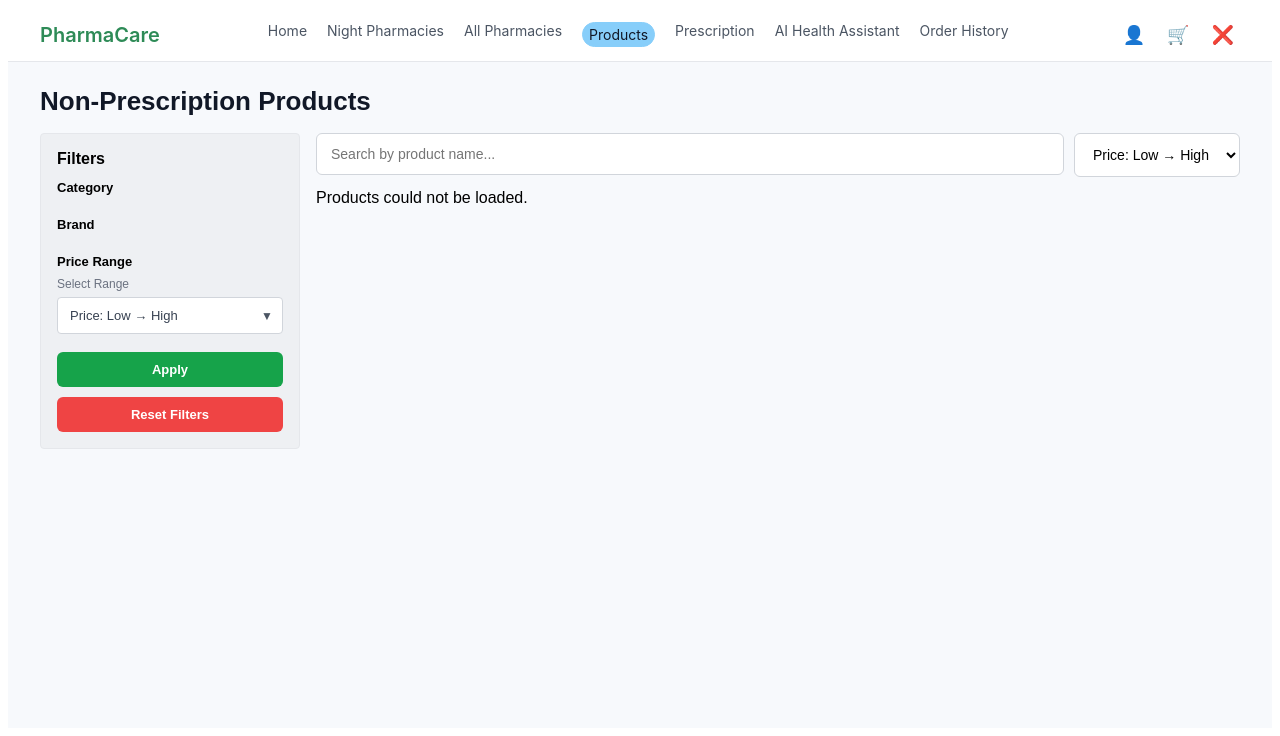
Repository: irmakari/irmak-pharmacare-app
Page: /products
The author's editor kept a copy of each file at every save. The page is drawn from the files as they stood at one save, then again after the next save.
The browser window is 1280 px wide. The pictures show the whole page.
The page's requests for data from a server got no answer. The project was rebuilt for these pictures with package versions that can differ from the ones it lists, and the page was loaded fresh each time. No one was signed in, and anything a server would have sent is missing. Also part of the build but not shown: src/collections/user-service/user.service.js, src/components/themed-text/themedText.css, src/components/themed-text/themedText.jsx, src/components/auth-input/authInput.css, src/components/auth-input/authInput.jsx, src/components/primary-button/primaryButton.css, src/components/primary-button/primaryButton.jsx, src/pages/login/login.css and 32 more. Imported but missing from the stored project, and not drawn on this page: src/pages/all-pharmacies.

Above is the page before, as saved 2025-12-19 16:45:49.

### src/index.jsx
import React from "react";
import ReactDOM from "react-dom/client";
import { BrowserRouter } from "react-router-dom";
import App from "./App";
import "./style.css";

const root = ReactDOM.createRoot(document.getElementById("root"));

root.render(
    <React.StrictMode>
        <BrowserRouter>
            <App />
        </BrowserRouter>
    </React.StrictMode>
);

### src/App.jsx
import React from "react";
import { Routes, Route } from "react-router-dom";

import { Login } from "./pages/login";
import { Home } from "./pages/home";
import AllPharmacies from "./pages/all-pharmacies/allPharmacies";
import AiAssistant from "./pages/ai-assistant/aiAssistant";
import { NightPharmacies, PharmacyDetails, Products, ProductDetails } from "./pages";
import Prescription from "./pages/prescription/prescription";
import {OrderHistory} from "./pages";

function App() {
    return (
        <Routes>
            <Route path="/" element={<Login />} />
            <Route path="/home" element={<Home />} />
            <Route path="/allPharmacies" element={<AllPharmacies />} />
            <Route path="/aiHealthAssistant" element={<AiAssistant />} />
            <Route path="/nightPharmacies" element={<NightPharmacies />} />
            <Route path="/products" element={<Products/>} />
            <Route path="/products/:id" element={<ProductDetails />} />
            <Route path="/prescription" element={<Prescription/>} />
            <Route path="/orderHistory" element={<OrderHistory/>} />
            <Route path="/pharmacies/:id" element={<PharmacyDetails />} />
        </Routes>
    );
}

//<Route path="/pharmacyDetails" element={<PharmacyDetails />} />

export default App;

### src/pages/login/index.js
export {default as Login} from './login'

### src/pages/home/index.js
export {default as Home} from './home';

### src/pages/index.js
export * from './login'
export * from './home'
export * from './night-pharmacies'
export * from './all-pharmacies'
export * from './order-history'
export * from './prescription'
export * from './products'
export * from './ai-assistant'
export * from './pharmacy-details'
export * from './product-details'

### src/components/tab-navigator/tabNavigator.jsx
import React from "react";
import { NavLink } from "react-router-dom";
import "./tabNavigator.css";

function TabBar() {
    return (
        <header className="tabbar">
            <div className="tabbar-inner">
                <div className="tabbar-logo">PharmaCare</div>

                <nav className="tabbar-nav">
                    <NavLink
                        to="/home"
                        className={({ isActive }) =>
                            isActive ? "tabbar-link tabbar-link--active" : "tabbar-link"
                        }
                    >
                        Home
                    </NavLink>

                    <NavLink
                        to="/nightPharmacies"
                        className={({ isActive }) =>
                            isActive ? "tabbar-link tabbar-link--active" : "tabbar-link"
                        }
                    >
                        Night Pharmacies
                    </NavLink>

                    <NavLink
                        to="/allPharmacies"
                        className={({ isActive }) =>
                            isActive ? "tabbar-link tabbar-link--active" : "tabbar-link"
                        }
                    >
                        All Pharmacies
                    </NavLink>

                    <NavLink
                        to="/products"
                        className={({ isActive }) =>
                            isActive ? "tabbar-link tabbar-link--active" : "tabbar-link"
                        }
                    >
                        Products
                    </NavLink>

                    <NavLink
                        to="/prescription"
                        className={({ isActive }) =>
                            isActive ? "tabbar-link tabbar-link--active" : "tabbar-link"
                        }
                    >
                        Prescription
                    </NavLink>

                    <NavLink
                        to="/aiHealthAssistant"
                        className={({ isActive }) =>
                            isActive ? "tabbar-link tabbar-link--active" : "tabbar-link"
                        }
                    >
                        AI Health Assistant
                    </NavLink>

                    <NavLink
                        to="/orderHistory"
                        className={({ isActive }) =>
                            isActive ? "tabbar-link tabbar-link--active" : "tabbar-link"
                        }
                    >
                        Order History
                    </NavLink>
                </nav>

                <div className="tabbar-actions">
                    <button className="tabbar-icon-btn">👤</button>
                    <button className="tabbar-icon-btn">🛒</button>
                    <button className="tabbar-icon-btn">❌</button>

                </div>
            </div>
        </header>
    );
}

export default TabBar;

### src/pages/night-pharmacies/index.js
export {default as NightPharmacies} from "./nightPharmacies";

### src/pages/order-history/index.js
export {default as OrderHistory} from './orderHistory';

### src/pages/prescription/index.js
export {default as Prescription} from './prescription'

### src/pages/products/index.js
export {default as Products} from './products';

### src/pages/ai-assistant/index.js
export {default as AiAssistant} from './aiAssistant';

### src/pages/pharmacy-details/index.js
export {default as PharmacyDetails} from "./pharmacyDetails";

### src/pages/product-details/index.js
export { default as ProductDetails } from "./productDetails";

### src/components/tab-navigator/index.js
export { default as TabNavigator } from './tabNavigator';

### src/components/tab-navigator/tabNavigator.css
.tabbar {
    background: #ffffff;
    border-bottom: 1px solid #e5e7eb;
    font-family: "Inter", system-ui, sans-serif;
}

.tabbar-inner {
    max-width: 1200px;
    margin: 0 auto;
    padding: 14px 24px;
    display: flex;
    align-items: center;
    justify-content: space-between;
}

.tabbar-logo {
    font-size: 20px;
    font-weight: 600;
    color: seagreen;
}

.tabbar-nav {
    display: flex;
    gap: 20px;
    font-size: 14px;
}

.tabbar-link {
    color: #4b5563;
    text-decoration: none;
    padding-bottom: 2px;
}

.tabbar-link--active {
    color: #111827;
    border: 1px solid lightskyblue ;
    border-radius: 999px;
    padding: 3px 6px;
    background-color: lightskyblue;

}

.tabbar-link:hover {
    color: #111827;
}

.tabbar-actions {
    display: flex;
    gap: 10px;
}

.tabbar-icon-btn {
    border: none;
    background: transparent;
    cursor: pointer;
    font-size: 18px;
}

### src/service/api-service/api.service.js
import axios from "axios";

const API_URL = process.env.REACT_APP_API_URL;

export const ApiService = axios.create({
    baseURL: API_URL,
});

// npx json-server --watch data/db.json --port 3001

### src/pages/products/products.jsx
import React, { useEffect, useMemo, useState } from "react";
import { TabNavigator } from "../../components/tab-navigator";
import "./products.css";

import ProductsHeader from "../../components/products-header/productsHeader";
import ProductsToolBar from "../../components/products-toolbar/productsToolBar";

import ProductGrid from "../../components/product-grid/productGrid";

import ProductsService from "../../collections/products-service/products.service";
import ProductsFilterPanel from "../../components/products-filterpanel/productsFilterPanel";
import { normalizeProduct } from "../../utils/product";

const PRICE_OPTIONS = [
    "Price: Low → High",
    "Price: High → Low",
    "Price: Newest",
    "Price: Popular",
];

const DEFAULT_PRICE_OPTION = PRICE_OPTIONS[0];

const toggleInArray = (arr, value) =>
    arr.includes(value) ? arr.filter((x) => x !== value) : [...arr, value];

const Products = () => {
    const [products, setProducts] = useState([]);
    const [loading, setLoading] = useState(true);
    const [error, setError] = useState("");

    // Draft (panelde seçilen, Apply'e basılınca uygulanacak)
    const [draftCategories, setDraftCategories] = useState([]);
    const [draftBrands, setDraftBrands] = useState([]);
    const [draftPriceOption, setDraftPriceOption] = useState(DEFAULT_PRICE_OPTION);

    // Applied (aktif filtreler)
    const [appliedCategories, setAppliedCategories] = useState([]);
    const [appliedBrands, setAppliedBrands] = useState([]);
    const [appliedPriceOption, setAppliedPriceOption] = useState(DEFAULT_PRICE_OPTION);

    useEffect(() => {
        let isMounted = true;

        const fetchProducts = async () => {
            setLoading(true);
            setError("");

            try {
                const response = await ProductsService.fetchProducts();
                if (!isMounted) return;

                const normalized = (response || []).map(normalizeProduct);
                setProducts(normalized);
            } catch (err) {
                if (!isMounted) return;
                setError("Products could not be loaded.");
            } finally {
                if (isMounted) {
                    setLoading(false);
                }
            }
        };

        fetchProducts();

        return () => {
            isMounted = false;
        };
    }, []);

    const categoryOptions = useMemo(() => {
        const slugs = new Set();
        products.forEach((p) => p.categorySlug && slugs.add(p.categorySlug));
        return Array.from(slugs).sort();
    }, [products]);

    const brandOptions = useMemo(() => {
        const brands = new Set();
        products.forEach((p) => p.brand && brands.add(p.brand));
        return Array.from(brands).sort();
    }, [products]);

    const onToggleCategory = (category) =>
        setDraftCategories((prev) => toggleInArray(prev, category));

    const onToggleBrand = (brand) =>
        setDraftBrands((prev) => toggleInArray(prev, brand));

    const onApply = () => {
        setAppliedCategories(draftCategories);
        setAppliedBrands(draftBrands);
        setAppliedPriceOption(draftPriceOption);
    };

    const onReset = () => {
        setDraftCategories([]);
        setDraftBrands([]);
        setDraftPriceOption(DEFAULT_PRICE_OPTION);

        setAppliedCategories([]);
        setAppliedBrands([]);
        setAppliedPriceOption(DEFAULT_PRICE_OPTION);
    };

    const filteredProducts = useMemo(() => {
        let result = [...products];

        if (appliedCategories.length > 0) {
            result = result.filter((p) => appliedCategories.includes(p.categorySlug));
        }

        if (appliedBrands.length > 0) {
            result = result.filter((p) => appliedBrands.includes(p.brand));
        }

        if (appliedPriceOption === "Price: Low → High") {
            result.sort((a, b) => a.price - b.price);
        } else if (appliedPriceOption === "Price: High → Low") {
            result.sort((a, b) => b.price - a.price);
        } else if (appliedPriceOption === "Price: Newest") {
            result.sort((a, b) => (b.id || 0) - (a.id || 0));
        } else if (appliedPriceOption === "Price: Popular") {

        }

        return result;
    }, [appliedCategories, appliedBrands, appliedPriceOption, products]);

    const renderGrid = () => {
        if (loading) {
            return <div className="products-loading">Loading products...</div>;
        }

        if (error) {
            return <div className="products-error">{error}</div>;
        }

        return <ProductGrid items={filteredProducts} />;
    };

    return (
        <div className="products-page">
            <TabNavigator />

            <main className="products-wrapper">
                <ProductsHeader />

                <div className="products-content">
                    <ProductsFilterPanel
                        categories={categoryOptions}
                        brands={brandOptions}
                        priceOptions={PRICE_OPTIONS}
                        selectedCategories={draftCategories}
                        selectedBrands={draftBrands}
                        selectedPriceOption={draftPriceOption}
                        onToggleCategory={onToggleCategory}
                        onToggleBrand={onToggleBrand}
                        onChangePriceOption={setDraftPriceOption}
                        onApply={onApply}
                        onReset={onReset}
                    />

                    <section className="products-main">
                        <ProductsToolBar />
                        {renderGrid()}
                    </section>
                </div>
            </main>
        </div>
    );
};

export default Products;

### src/pages/products/products.css
.products-page {
    background: #f7f9fc;
    min-height: 100vh;
    font-family: "Poppins", sans-serif;
}

.products-wrapper {
    max-width: 1200px;
    margin: 0 auto;
    padding: 24px 24px 48px;
}


.products-breadcrumb {
    color: #6b7280;
    font-size: 12px;
    margin: 0 0 6px;
}



.products-content {
    display: grid;
    grid-template-columns: 260px 1fr;
    gap: 16px;
}



.products-main {
    display: flex;
    flex-direction: column;
    gap: 12px;
}



@media (max-width: 960px) {
    .products-content {
        grid-template-columns: 1fr;
    }

    .filters-panel {
        order: 2;
    }

    .products-main {
        order: 1;
    }

    .products-toolbar {
        grid-template-columns: 1fr;
    }
}

### src/components/products-header/productsHeader.jsx
import React from 'react';
import './productsHeader.css'

const ProductsHeader = () => {
    return (
        <div className="products-header">
            <h1 className="products-title">Non-Prescription Products</h1>
        </div>
    );
};

export default ProductsHeader;

### src/components/products-toolbar/productsToolBar.jsx
import React from 'react';
import './productsToolBar.css'

const ProductsToolBar = () => {
    const PRICE_OPTIONS = ["Price: Low → High", "Price: High → Low", "Price: Newest", "Price: Popular"];
    return (
        <div className="products-toolbar">
            <div className="toolbar-search">
                <input type="text" placeholder="Search by product name..." />
            </div>

            <div className="toolbar-select">
                <select>
                    {PRICE_OPTIONS.map((option) => (
                        <option key={option} value={option}>
                            {option}
                        </option>
                    ))}
                </select>
            </div>
        </div>
    );
};

export default ProductsToolBar;

### src/collections/products-service/products.service.js
import { ApiService } from "../../service/api-service/api.service";

const ProductsService = {
    fetchProducts: async () => {
        const res = await ApiService.get("/products");
        return res.data;
    },

    fetchProductById: async (id) => {
        const res = await ApiService.get(`/products/${id}`);
        return res.data;
    },
};

export default ProductsService;

### src/components/products-filterpanel/productsFilterPanel.jsx
import React from "react";
import { formatCategorySlug } from "../../utils/product";
import "./productsFilterPanel.css";

const ProductsFilterPanel = ({
                          categories,
                          brands,
                          priceOptions,

                          selectedCategories,
                          selectedBrands,
                          selectedPriceOption,

                          onToggleCategory,
                          onToggleBrand,
                          onChangePriceOption,
                          onApply,
                          onReset,
                      }) => {
    return (
        <aside className="filters-panel">
            <h3 className="filters-title">Filters</h3>

            <div className="filter-group">
                <h4 className="filter-heading">Category</h4>
                <ul className="filter-list">
                    {categories.map((item) => (
                        <li key={item} className="filter-item">
                            <label>
                                <input
                                    type="checkbox"
                                    checked={selectedCategories.includes(item)}
                                    onChange={() => onToggleCategory(item)}
                                />
                                {" "}{formatCategorySlug(item)}
                            </label>
                        </li>
                    ))}
                </ul>
            </div>

            <div className="filter-group">
                <h4 className="filter-heading">Brand</h4>
                <ul className="filter-list">
                    {brands.map((brand) => (
                        <li key={brand} className="filter-item">
                            <label>
                                <input
                                    type="checkbox"
                                    checked={selectedBrands.includes(brand)}
                                    onChange={() => onToggleBrand(brand)}
                                />
                                {" "}{brand}
                            </label>
                        </li>
                    ))}
                </ul>
            </div>

            <div className="filter-group">
                <h4 className="filter-heading">Price Range</h4>
                <label className="filter-subtitle">Select Range</label>

                <div className="filter-select">
                    <select
                        value={selectedPriceOption}
                        onChange={(e) => onChangePriceOption(e.target.value)}
                    >
                        {priceOptions.map((option) => (
                            <option key={option} value={option}>
                                {option}
                            </option>
                        ))}
                    </select>
                    <span className="filter-caret">▼</span>
                </div>
            </div>

            <div className="filter-actions">
                <button type="button" className="filter-btn filter-btn--apply" onClick={onApply}>
                    Apply
                </button>
                <button type="button" className="filter-btn filter-btn--reset" onClick={onReset}>
                    Reset Filters
                </button>
            </div>
        </aside>
    );
};

export default ProductsFilterPanel;

### src/utils/product.js
export const formatCategorySlug = (slug = "") => {
    if (!slug) return "";

    return slug
        .split("-")
        .filter(Boolean)
        .map((part) => part.charAt(0).toUpperCase() + part.slice(1))
        .join(" ");
};

export const normalizeProduct = (product = {}) => {
    const price = Number(product.price ?? 0);

    return {
        ...product,
        price: Number.isFinite(price) ? price : 0,
        available: product.available ?? true,
        categoryLabel: formatCategorySlug(product.categorySlug || product.category || ""),
    };
};

### src/components/products-header/productsHeader.css
.products-header {
    margin-bottom: 16px;
}
.products-title {
    font-size: 26px;
    margin: 0;
    font-weight: 700;
    color: #111827;
    font-family: "Poppins", sans-serif;
}

### src/components/products-toolbar/productsToolBar.css
.products-toolbar {
    display: grid;
    grid-template-columns: 1fr auto;
    gap: 40px;
}

.toolbar-search input {
    width: 100%;
    padding: 12px 14px;
    border: 1px solid #d1d5db;
    border-radius: 6px;
    background: #ffffff;
    font-size: 14px;
}

.toolbar-select select {
    padding: 12px 14px;
    border: 1px solid #d1d5db;
    border-radius: 6px;
    background: #ffffff;
    font-size: 14px;
    min-width: 160px;
}

### src/components/products-filterpanel/productsFilterPanel.css
.filters-panel {
    background: #eef0f3;
    border-radius: 4px;
    padding: 16px;
    border: 1px solid #e5e7eb;
}

.filters-title {
    margin: 0 0 12px;
    font-size: 16px;
    font-weight: 600;
}

.filter-group + .filter-group {
    margin-top: 14px;
}

.filter-heading {
    margin: 0 0 8px;
    font-size: 13px;
    font-weight: 600;
}

.filter-list {
    list-style: none;
    margin: 0;
    padding: 0;
    display: grid;
    gap: 6px;
}

.filter-item label {
    display: flex;
    align-items: center;
    gap: 8px;
    font-size: 13px;
    color: #374151;
    cursor: pointer;
}

.filter-item input {
    accent-color: #2563eb;
}

.filter-subtitle {
    display: block;
    font-size: 12px;
    color: #6b7280;
    margin-bottom: 6px;
}

.filter-select {
    position: relative;
}

.filter-select select {
    width: 100%;
    padding: 10px 12px;
    border-radius: 4px;
    border: 1px solid #d1d5db;
    background: #ffffff;
    appearance: none;
    font-size: 13px;
    color: #374151;
}

.filter-caret {
    position: absolute;
    right: 10px;
    top: 50%;
    transform: translateY(-50%);
    font-size: 12px;
    color: #4b5563;
    pointer-events: none;
}

.filter-actions {
    display: grid;
    gap: 10px;
    margin-top: 18px;
}

.filter-btn {
    padding: 10px 12px;
    border-radius: 6px;
    border: none;
    font-weight: 600;
    cursor: pointer;
    font-size: 13px;
}

.filter-btn--apply {
    background: #16a34a;
    color: #ffffff;
}

.filter-btn--reset {
    background: #ef4444;
    color: #ffffff;
}

Loaded but not shown: public/index.html (common file); src/pages/ai-assistant/aiAssistant.css (no stored copy; drawn as an empty file); src/style.css (no stored copy; drawn as an empty file)

After the next save:
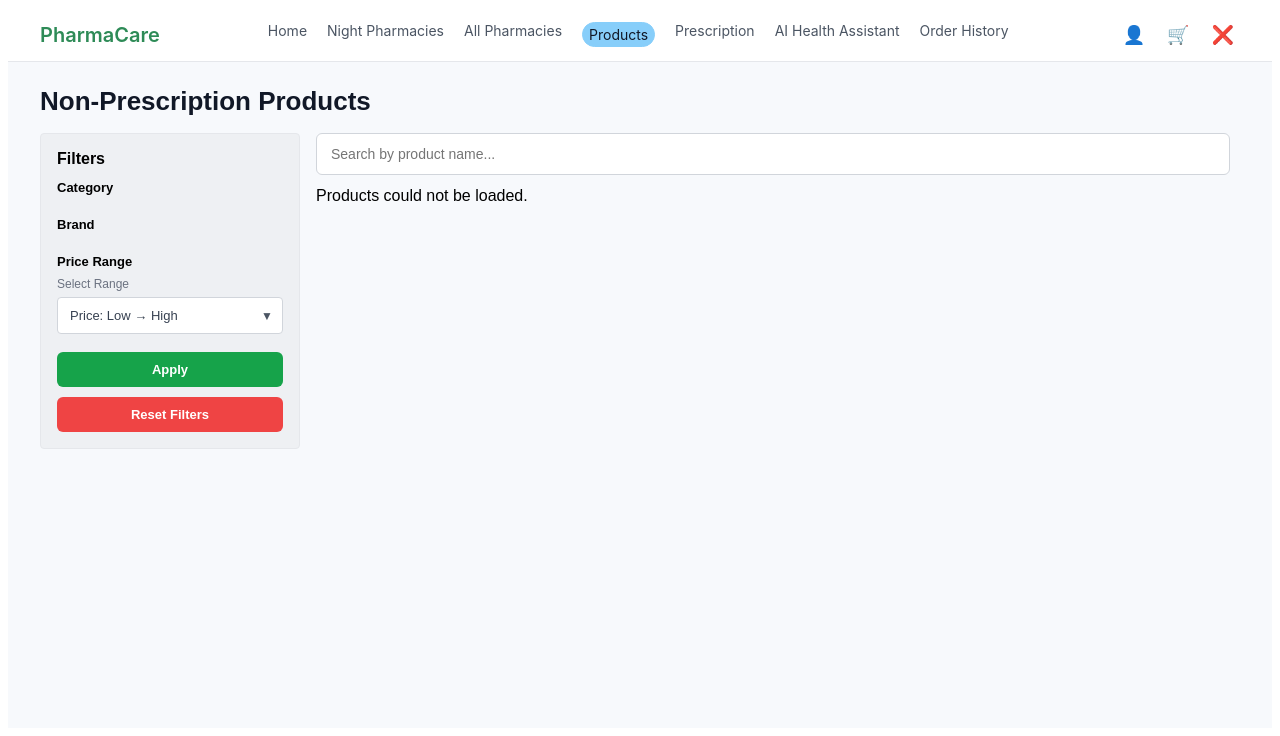
Saved 37 s later.
--- a/src/components/products-toolbar/productsToolBar.jsx
+++ b/src/components/products-toolbar/productsToolBar.jsx
@@ -10,13 +10,7 @@ const ProductsToolBar = () => {
             </div>
 
             <div className="toolbar-select">
-                <select>
-                    {PRICE_OPTIONS.map((option) => (
-                        <option key={option} value={option}>
-                            {option}
-                        </option>
-                    ))}
-                </select>
+
             </div>
         </div>
     );
